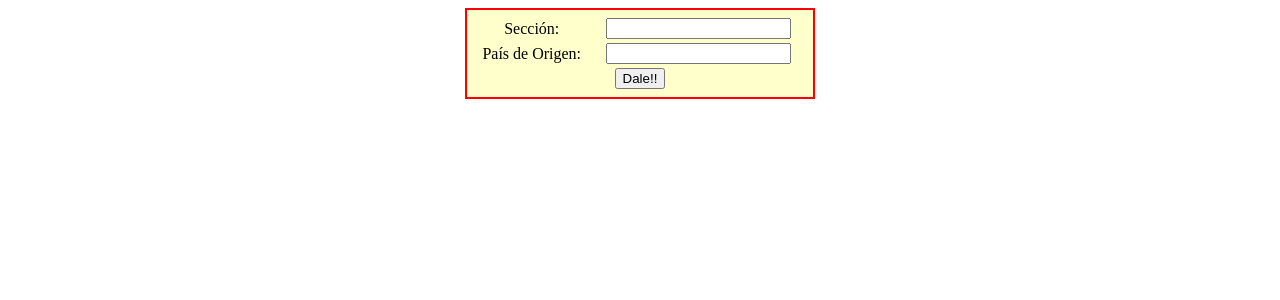
Repository: dasafo/PHP_MySQL_curso
Page: http://localhost/FormularioBusquedaPDO_34_I.php
The author's editor kept a copy of each file at every save. The page is drawn from the files as they stood at one save, then again after the next save.
The browser window is 1280 px wide. The pictures show the whole page.
The page is run by PHP 8.4 with error messages shown; the project is at /var/www/html/.

Above is the page before, as saved 2018-11-09 08:50:38.

### PDO/FormularioBusquedaPDO_34_I.php
<!DOCTYPE HTML PUBLIC "-//W3C//DTD HTML 4.01 Frameset//EN">
<html>
<head>
<meta http-equiv="Content-Type" content="text/html; charset=UTF-8">
<title>Insert title here</title>

<style>

    table{

        width:350px;
        margin:auto;
        background-color:#FFC;
        border:2px solid #F00;
        padding:5px;

        }

     td{

        text-align:center;



</style>


</head>
    <body>

     <form action="PaginaBusquedaPDO_34_II.php" method="get">

     <table>
     	<tr><td>Sección: </td><td><input type="text" name="seccion"></td></tr>
     	<tr><td>País de Origen: </td><td><input type="text" name="p_orig"> </td></tr>

    	<tr><td colspan="2"> <input type="submit" name="enviando" value="Dale!!"></td></tr>

     </table>
     </form>

    </body>

</html>

After the next save:
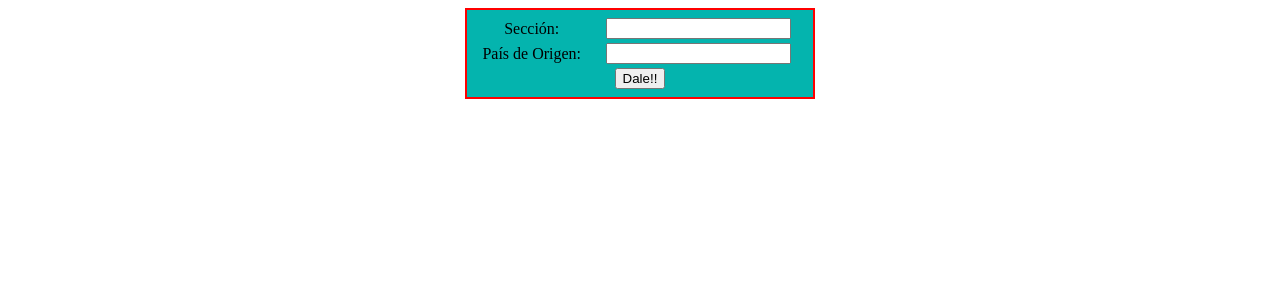
Saved 66 s later.
--- a/PDO/FormularioBusquedaPDO_34_I.php
+++ b/PDO/FormularioBusquedaPDO_34_I.php
@@ -10,7 +10,7 @@
 
         width:350px;
         margin:auto;
-        background-color:#FFC;
+        background-color:#04B4AE;
         border:2px solid #F00;
         padding:5px;
 
